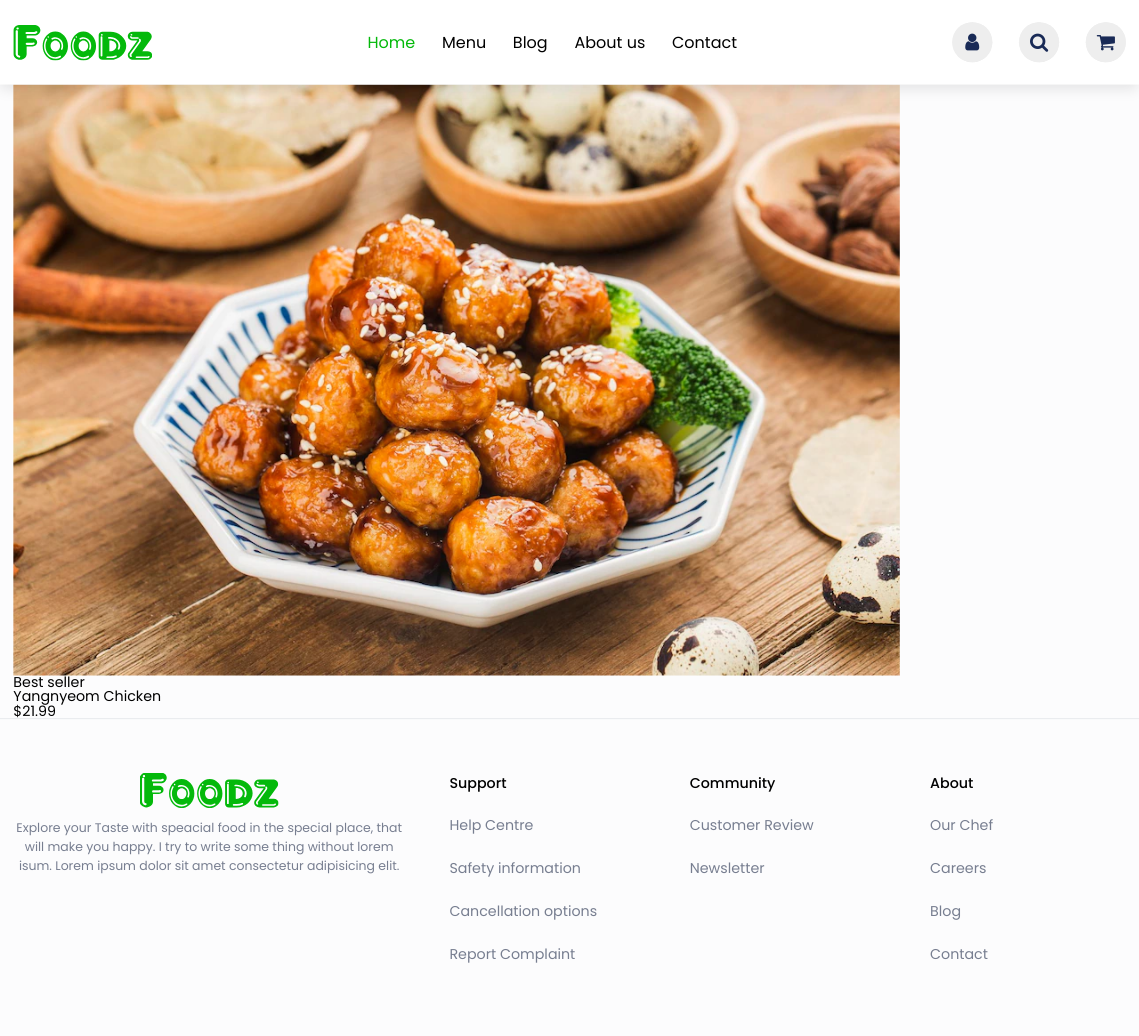
Repository: Toan3333/fooz
Page: assets/pages/product-detail.html
An editor plug-in stored every save of this project. The page is shown before and after the next save, followed by the edit.
The browser window is 1280 px wide. The pictures show the whole page, at 89% of full size.
Some web fonts or font styles are not loaded; a fallback is used.

Above is the page before, as saved 2023-06-02 10:28:23.

### assets/pages/product-detail.html
<!DOCTYPE html>
<html lang="en">
  <head>
    <meta charset="UTF-8" />
    <meta http-equiv="X-UA-Compatible" content="IE=edge" />
    <meta name="viewport" content="width=device-width, initial-scale=1.0" />
    <title>Menu</title>
    <link rel="stylesheet" href="/assets/css/style.css" />
    <link
      href="https://fonts.googleapis.com/css?family=Poppins:100,100italic,200,200italic,300,300italic,regular,italic,500,500italic,600,600italic,700,700italic,800,800italic,900,900italic"
      rel="stylesheet"
    />
    <link
      href="https://fonts.googleapis.com/css?family=Alice:regular"
      rel="stylesheet"
    />
    <link
      rel="stylesheet"
      href="https://cdnjs.cloudflare.com/ajax/libs/font-awesome/4.7.0/css/font-awesome.min.css"
    />
  </head>
  <body>
    <div class="app">
      <!-- header -->
      <header class="header">
        <div class="container">
          <div class="header-main">
            <div class="header-logo">
              <img src="/assets/images/Logo.svg" alt="" />
            </div>
            <div class="header-menu">
              <ul class="header-nav">
                <li class="header-list">
                  <a href="/index.html" class="header-link active">Home</a>
                </li>
                <li class="header-list">
                  <a href="#" class="header-link">Menu</a>
                </li>
                <li class="header-list">
                  <a href="#" class="header-link">Blog</a>
                </li>
                <li class="header-list">
                  <a href="#" class="header-link">About us</a>
                </li>
                <li class="header-list">
                  <a href="/assets/pages/contact.html" class="header-link"
                    >Contact</a
                  >
                </li>
              </ul>
            </div>
            <div class="header-auth">
              <div class="header-icon">
                <a href="#">
                  <i class="fa fa-user" aria-hidden="true"></i>
                </a>
                <a href="#">
                  <i class="fa fa-search" aria-hidden="true"></i>
                </a>
                <a href="#">
                  <i class="fa fa-shopping-cart" aria-hidden="true"></i>
                </a>
              </div>
            </div>
          </div>
        </div>
      </header>
      <!-- header end -->
      <!-- PRODUCT DETAIL -->
      <section class="product-detail">
        <div class="container">
          <div class="product-detail__main">
            <div class="product-detail__image">
              <img src="/assets/images/menu-2.webp" alt="" />
            </div>
            <div class="product-detail__content">
              <div class="product-detail__heading">Best seller</div>
              <h3 class="product-detail__title">Yangnyeom Chicken</h3>
              <div class="product-detail__price">$21.99</div>
            </div>
          </div>
        </div>
      </section>
      <footer class="footer">
        <div class="container">
          <div class="footer-list">
            <div class="footer-column">
              <div class="footer-center">
                <div class="footer-logo">
                  <img src="/assets/images/Logo.svg" alt="" />
                </div>
                <p class="footer-desc">
                  Explore your Taste with speacial food in the special place,
                  that will make you happy. I try to write some thing without
                  lorem isum. Lorem ipsum dolor sit amet consectetur adipisicing
                  elit.
                </p>
              </div>
            </div>
            <div class="footer-column">
              <h3 class="footer-title">Support</h3>
              <ul class="footer-menu">
                <li class="footer-item"><a href="#">Help Centre</a></li>
                <li class="footer-item"><a href="#">Safety information</a></li>
                <li class="footer-item">
                  <a href="#">Cancellation options</a>
                </li>
                <li class="footer-item"><a href="#">Report Complaint</a></li>
              </ul>
            </div>
            <div class="footer-column">
              <h3 class="footer-title">Community</h3>
              <ul class="footer-menu">
                <li class="footer-item"><a href="#">Customer Review</a></li>
                <li class="footer-item"><a href="#">Newsletter</a></li>
              </ul>
            </div>
            <div class="footer-column">
              <h3 class="footer-title">About</h3>
              <ul class="footer-menu">
                <li class="footer-item"><a href="#">Our Chef</a></li>
                <li class="footer-item"><a href="#">Careers</a></li>
                <li class="footer-item">
                  <a href="#">Blog</a>
                </li>
                <li class="footer-item"><a href="#">Contact</a></li>
              </ul>
            </div>
          </div>
        </div>
      </footer>
      <!-- loader -->
      <!-- <div class="loader-container">
        <img src="./assets/images/loader.gif" alt="" />
      </div> -->
      <!-- loader end -->
    </div>
  </body>
</html>

### assets/css/style.css
*,
*:before,
*:after {
  box-sizing: border-box;
  text-decoration: none;
  list-style: none;
}
:root {
  --font-primary: "Poppins", sans-serif;
  --font-secondary: "Alice", sans-serif;
  --primary-color: #04b90b;
  --black: #000000;
  --gray: #777e90;
  --black-2: #23262f;
  --bg-primary: #fcfcfd;
  --gray-2: #f4f5f6;
  --gray-3: #353945;
  --btn-color: #192a56;
}
* {
  margin: 0;
  padding: 0;
  font: inherit;
}
img,
picture,
svg,
video {
  display: block;
  max-width: 100%;
}
input,
select,
textarea {
  background-color: transparent;
  outline: none;
}
button {
  cursor: pointer;
  background-color: transparent;
  outline: none;
  border: 0;
}
body {
  min-height: 100vh;
  font-weight: 400;
  font-size: 16px;
  line-height: 1;
  font-family: var(--font-primary);
  background-color: var(--bg-primary);
  color: var(--black);
}
.container {
  max-width: 1330px;
  width: 100%;
  margin: 0 auto;
  padding: 0 15px;
}
/* HEADER */
.header {
  position: sticky;
  top: 0;
  left: 0;
  right: 0;
  z-index: 1000;
  padding: 25px 0;
  background-color: #fff;
  box-shadow: 0 5px 15px rgba(0, 0, 0, 0.1);
}
.header-main {
  display: flex;
  justify-content: space-between;
  align-items: center;
}
.header-logo {
  cursor: pointer;
}
.header-nav {
  display: flex;
  align-items: center;
  gap: 30px;
}
.header-link {
  font-size: 18px;
  line-height: 30px;
  font-weight: 400;
  color: var(--black);
}
.header-link:hover {
  color: var(--primary-color);
  transition: all 0.2s linear;
}
.header-link.active {
  color: var(--primary-color);
}
.header-icon {
  display: flex;
  align-items: center;
  gap: 30px;
  font-size: 22px;
}
.header-icon a,
.header-icon i {
  width: 45px;
  height: 45px;
  line-height: 45px;
  border-radius: 100rem;
  text-align: center;
  color: var(--btn-color);
  background-color: #eee;
  transition: 0.2s linear;
}
.header-icon a:hover,
.header-icon i:hover {
  color: #fff;
  background-color: var(--primary-color);
  transform: rotate(180deg);
}

/* HEADER END */

/* HERO */
.hero {
  padding: 60px 0;
}
.hero-main {
  display: flex;
  justify-content: space-between;
  gap: 40px;
}
.hero-content {
  max-width: 677px;
  width: 100%;
}
.hero-title {
  font-size: 65px;
  font-weight: 400;
  font-family: var(--font-secondary);
  line-height: 70px;
  letter-spacing: -0.5%;
  margin-bottom: 30px;
}
.hero-desc {
  font-size: 24px;
  font-weight: 400;
  line-height: 36px;
  color: var(--gray);
  margin-bottom: 25px;
}
.hero-cta {
  margin-bottom: 105px;
}
.hero-btn {
  display: flex;
  align-items: center;
  gap: 24px;
}
.hero-btn span {
  font-size: 16px;
  line-height: 24px;
  font-weight: 400;
  color: var(--primary-color);
}
.button-primary {
  background-color: var(--btn-color);
  border-radius: 8px;
  padding: 10px 20px;
  font-size: 16px;
  line-height: 24px;
  font-weight: 500;
  color: var(--bg-primary);
  transition: all 0.2s linear;
}
.button-primary:hover {
  background-color: var(--primary-color);
  letter-spacing: 1px;
}
.hero-info {
  max-width: 576px;
  width: 100%;
  background-color: var(--gray-2);
  border-radius: 16px;
  padding: 28px 56px 28px 56px;
}
.hero-list {
  display: flex;
  align-items: center;
  justify-content: space-between;
}
.hero-item {
  text-align: center;
}
.hero-number {
  font-size: 32px;
  line-height: 48px;
  font-weight: 600;
  color: var(--gray);
}
.hero-text {
  font-size: 20px;
  line-height: 30px;
  color: var(--gray);
  font-weight: 400;
}
.hero-image {
  width: 100%;
}
.hero-image img {
  width: 100%;
}
/* HERO END*/

/* SERVICE */
.service {
  padding: 80px 0;
}
.text-center__primary {
  max-width: 440px;
  margin: 0 auto;
  text-align: center;
  font-size: 48px;
  font-weight: 400;
  line-height: 55px;
  font-family: var(--font-secondary);
  text-transform: capitalize;
}
.text-primary {
  color: var(--primary-color);
}
.service-list {
  margin-top: 80px;
  display: grid;
  grid-template-columns: repeat(3, 1fr);
  grid-gap: 70px;
}
.service-item {
  display: flex;
  align-items: center;
  justify-content: center;
  flex-direction: column;
  padding: 40px 36px;
  text-align: center;
  cursor: pointer;
}
.service-item:hover {
  background: #ffffff;
  box-shadow: 0px 10px 27px rgba(53, 53, 53, 0.05);
  transition: 0.2s linear;
}
.service-icon {
  margin-bottom: 24px;
}
.service-icon a {
  width: 120px;
  height: 120px;
  border-radius: 100rem;
  background: #ffffff;
  box-shadow: 5px 9px 16px rgba(0, 0, 0, 0.04);
  display: inline-flex;
  align-items: center;
  justify-content: center;
}
.service-title {
  font-size: 28px;
  line-height: 42px;
  font-weight: 400;
  color: var(--black-2);
  margin-bottom: 6px;
}
.service-desc {
  font-size: 16px;
  line-height: 24px;
  font-weight: 400;
  color: var(--gray-3);
}
/* SERVICE END*/

/* ABOUT */
.about {
  padding: 80px 0;
}
.about-heading {
  text-align: center;
}
.about-main {
  display: flex;
  justify-content: space-between;
  align-items: center;
  gap: 130px;
  margin-top: 80px;
}
.about-center {
  max-width: 475px;
}
.about-image {
  max-width: 500px;
  width: 100%;
}
.about-image img {
  width: 100%;
}
.about-content {
  width: 100%;
}
.about-info {
  display: flex;
  align-items: center;
  gap: 94px;
  font-family: var(--font-secondary);
  margin-bottom: 12px;
}
.about-name {
  font-size: 24px;
  color: var(--primary-color);
  font-weight: 400;
  line-height: 28px;
}
.about-view {
  display: flex;
  align-items: center;
  gap: 12px;
  font-size: 14px;
  font-weight: 500;
  line-height: 20px;
  color: var(--primary-color);
}
.about-desc {
  font-size: 18px;
  line-height: 27px;
  font-weight: 400;
  color: var(--gray-3);
}
/* ABOUT END*/

/* SPECIAL */
.special {
  padding: 80px 0;
}
.special-center {
  max-width: 770px;
  margin: 0 auto;
  width: 100%;
}
.text-bottom {
  margin-top: 12px;
  font-size: 24px;
  line-height: 36px;
  color: var(--gray-3);
  font-weight: 400;
  font-family: var(--font-primary);
}
.special-list {
  margin-top: 80px;
  display: grid;
  grid-template-columns: repeat(3, 1fr);
  grid-gap: 30px;
}
.special-item {
  background-color: #ffffff;
  box-shadow: 0px 10px 27px rgba(53, 53, 53, 0.05);
  border-radius: 15px;
  padding: 24px 28px;
}
.special-image {
  position: relative;
  width: 100%;
  margin-bottom: 24px;
  cursor: pointer;
  text-align: center;
  overflow: hidden;
}
.special-image .fa-heart,
.special-image .fa-eye {
  position: absolute;
  top: 15px;
  height: 50px;
  width: 50px;
  line-height: 50px;
  background-color: #eee;
  font-size: 20px;
  border-radius: 50%;
  transition: all 0.2s linear;
}
.special-image .fa-heart:hover,
.special-image .fa-eye:hover {
  background-color: var(--primary-color);
  color: #fff;
}
.special-image .fa-heart {
  right: -150px;
}
.special-image .fa-eye {
  left: -150px;
}
.special-image:hover .fa-heart {
  right: 15px;
}
.special-image:hover .fa-eye {
  left: 15px;
}

.special-image img {
  width: 100%;
}
.special-title {
  font-size: 32px;
  line-height: 37px;
  font-weight: 400;
  color: var(--black-2);
  margin-bottom: 12px;
  font-family: var(--font-secondary);
  cursor: pointer;
}
.special-title:hover {
  color: var(--primary-color);
  transition: 0.2s linear;
}
.special-rating {
  display: flex;
  align-items: center;
  gap: 12px;
  margin-bottom: 12px;
}
.special-icon i {
  color: var(--primary-color);
}
.special-views {
  font-size: 16px;
  line-height: 24px;
  font-weight: 400;
  color: var(--gray-3);
}
.special-bottom {
  display: flex;
  align-items: center;
  justify-content: space-between;
}
.special-price {
  font-size: 40px;
  line-height: 40px;
  font-weight: 400;
  color: var(--primary-color);
  font-family: var(--font-secondary);
  text-transform: capitalize;
}
.special-arrows {
  margin-top: 48px;
  display: inline-block;
  position: relative;
  left: 50%;
  transform: translateX(-50%);
  cursor: pointer;
}
.special-main {
  display: flex;
  align-items: center;
  gap: 8px;
}
.special-btn-arrow i {
  width: 40px;
  height: 40px;
  border-radius: 100rem;
  display: inline-flex;
  border: 2px solid #e6e8ec;
  border-radius: 40px;
  align-items: center;
  justify-content: center;
  transition: 0.2s ease-in-out;
}
.special-btn-arrow i:hover {
  color: white;
  background-color: var(--primary-color);
}
/* SPECIAL END*/
/* form */
.form-main {
  margin-top: 80px;
  display: flex;
  justify-content: space-between;
  align-items: center;
  gap: 105px;
}
.form-content {
  max-width: 544px;
  width: 100%;
}
.form-title {
  font-size: 24px;
  font-weight: 400;
  line-height: 36px;
  color: var(--black-2);
  margin-bottom: 4px;
}
.form-text {
  font-size: 16px;
  line-height: 24px;
  font-weight: 400;
  margin-bottom: 24px;
}
.form-list {
  display: flex;
  align-items: center;
  justify-content: space-between;
  margin-bottom: 8px;
  font-size: 16px;
  line-height: 24px;
  font-weight: 400;
}
.form-list span {
  color: var(--primary-color);
}
.form-meal__select {
  width: 100%;
}
.form-meal__select select {
  width: 100%;
  padding: 10px 20px 10px 20px;
  border-radius: 12px;
  color: var(--gray);
}
.form-meal__add {
  color: var(--primary-color);
  display: flex;
  align-items: center;
  gap: 4px;
  font-size: 14px;
  line-height: 21px;
  margin-top: 8px;
}
.form-container {
  display: flex;
  justify-content: space-between;
  align-items: center;
}
.form-field {
  font-size: 16px;
  font-weight: 400;
  line-height: 24px;
  margin-top: 16px;
}
.form-field__title {
  font-size: 16px;
  line-height: 24px;
  font-weight: 400;
  color: var(--gray-3);
}
.form-item {
  max-width: 256px;
  width: 100%;
  position: relative;
}
.form-item.form-items {
  max-width: 544px;
  width: 100%;
}
.form-input__cash {
  width: 100%;
}
.form-item__icon {
  position: absolute;
  top: 23px;
  right: 20px;
}
.form-field input {
  width: 100%;
  padding: 10px 20px 10px 20px;
  border-radius: 12px;
  border: 1px solid var(--gray);
  margin-top: 8px;
}
.form-field input::placeholder {
  font-size: 16px;
  font-weight: 400;
  color: var(--gray);
}
.form-field.form-item {
  max-width: 256px;
  width: 100%;
}
.form-field textarea {
  width: 100%;
  padding: 10px 20px;
  border: 1px solid var(--gray);
  border-radius: 12px;
  color: var(--gray);
  font-weight: 400;
}
.form-price {
  font-size: 16px;
  line-height: 24px;
  font-weight: 400;
  color: var(--gray);
  display: flex;
  align-items: center;
  gap: 6px;
  margin-bottom: 32px;
}
.form-price span {
  font-size: 24px;
  line-height: 27px;
  font-family: var(--font-secondary);
  font-weight: 400;
  color: var(--primary-color);
}
.form-image {
  width: 100%;
}
.form-image img {
  width: 100%;
}
.loader-container {
  position: fixed;
  top: 0;
  left: 0;
  z-index: 10000;
  display: flex;
  justify-content: center;
  align-items: center;
  height: 100%;
  width: 100%;
  background-color: #fff;
}
.loader-container.fade-out {
  top: -120%;
}
.blog {
  padding: 80px 0px;
}
.blog-list {
  margin-top: 80px;
  display: grid;
  grid-template-columns: repeat(3, 1fr);
  grid-gap: 30px;
}
.blog-image {
  transition: 0.2s linear;
  width: 100%;
  overflow: hidden;
  cursor: pointer;
}

.blog-image img {
  width: 100%;
  transition: all 0.3s ease-in-out;
}
.blog-image:hover img {
  transform: scale(1.1);
}
.blog-content {
  padding: 15px 20px;
  border: 1px solid #e5e5e5;
  background-color: #ffffff;
}
.blog-title {
  font-size: 20px;
  line-height: 32px;
  margin-bottom: 8px;
  cursor: pointer;
  transition: 0.2s linear;
}
.blog-title:hover {
  color: var(--primary-color);
}
.blog-desc {
  font-size: 16px;
  line-height: 24px;
  font-weight: 400;
  color: var(--gray);
  margin-bottom: 12px;
}
.menu {
  padding: 80px 0;
}
.menu-center {
  margin-bottom: 32px;
}
.tab {
  max-width: 672px;
  width: 100%;
  margin: 0 auto;
  background-color: white;
  padding: 8px;
  box-shadow: 0px 3px 9px rgba(1, 5, 20, 0.05);
  border-radius: 8px;
  display: grid;
  grid-template-columns: repeat(3, 1fr);
  grid-gap: 36px;
}
.tab-item {
  display: flex;
  align-items: center;
  padding: 12px;
  cursor: pointer;
  transition: all 0.2s linear;
  gap: 8px;
}
.tab-item img {
  width: 33px;
  height: 33px;
}
.tab-item.active {
  background-color: var(--primary-color);
  color: white;
  border-radius: 8px;
}
.tab-item:hover {
  background-color: var(--primary-color);
  border-radius: 8px;
  color: white;
}
/* CONTACT */
.contact {
  padding: 80px 0;
}
.contact-main {
  display: flex;
  justify-content: space-between;
  align-items: center;
  gap: 135px;
}
.contact-content {
  max-width: 524px;
  width: 100%;
}
.contact-title {
  font-size: 48px;
  font-weight: 400;
  line-height: 55px;
  text-transform: capitalize;
  color: var(--black-2);
  font-family: var(--font-secondary);
  margin-bottom: 12px;
}
.contact-text {
  font-size: 22px;
  font-weight: 400;
  line-height: 32px;
  color: var(--gray);
}
.contact-text span {
  color: var(--primary-color);
}
.contact-btn {
  margin-top: 20px;
  width: 100%;
}
.contact-button {
  width: 100%;
}
.contact-map {
  width: 100%;
}
/* OUR BLOG */
.our-blog {
  padding: 80px 0;
}
.our-blog__heading {
  font-size: 24px;
  line-height: 36px;
  color: var(--black-2);
  font-weight: 500;
  text-transform: capitalize;
}
.our-blog__main {
  display: flex;
  justify-content: space-between;
  gap: 17px;
  margin-top: 32px;
}
.our-blog__post {
  max-width: 636px;
  width: 100%;
}
.our-blog__image {
  width: 100%;
}
.our-blog__image img {
  width: 100%;
  height: 100%;
}
.our-blog__content {
  margin-top: 20px;
}
.our-blog__date {
  font-weight: 500;
  font-size: 12px;
  line-height: 18px;
  color: var(--gray);
  margin-bottom: 12px;
}
.our-blog__title {
  font-weight: 500;
  font-size: 24px;
  line-height: 36px;
  color: var(--gray-3);
  margin-bottom: 12px;
}
.our-blog__text {
  font-weight: 400;
  font-size: 14px;
  line-height: 21px;
  color: var(--gray-3);
  margin-bottom: 32px;
}
.our-blog__tag {
  display: flex;
  align-items: center;
  gap: 16px;
}
.our-blog__item {
  background: #d3f9d5;
  border-radius: 4px;
  padding: 4px 12px;
  color: var(--primary-color);
  font-weight: 400;
  font-size: 12px;
  line-height: 12px;
}
.our-blog__item:nth-child(2) {
  background: #fcf1f1;
  color: #ea8484;
}
.our-blog__item:nth-child(3) {
  background: #f1f7fc;
  color: #106aab;
}
.our-blog__post-2 {
  width: 100%;
  display: flex;
  flex-direction: column;
  gap: 17px;
}
.our-blog__items {
  display: flex;
  gap: 17px;
}
.our-blog__list__image {
  max-width: 313px;
  width: 100%;
}
.our-blog__list__content {
  width: 100%;
  margin-top: 0;
}
.our-blog__images {
  height: 243px;
}
/* ALL BLOG */
.all-blog {
  padding: 80px 0;
}
.all-blog__list {
  display: flex;
  justify-content: space-between;
  gap: 175px;
}
.all-blog__left {
  max-width: 637px;
  width: 100%;
  display: flex;
  flex-direction: column;
  gap: 40px;
}
.all-blog__right {
  width: 100%;
}
.our-blog__title-2 {
  font-size: 20px;
  line-height: 30px;
}
.our-blog__title-3 {
  font-weight: 500;
  font-size: 16px;
  line-height: 24px;
  margin-bottom: 8px;
}
.all-blog__box {
  border: 1px solid #e6e8ec;
  border-radius: 8px;
  padding: 16px;
  display: flex;
  flex-direction: column;
  gap: 24px;
}
/* FOOTER */
.footer {
  padding-bottom: 80px;
  border-top: 1px solid #e6e8ec;
  padding-top: 60px;
}
.footer-list {
  display: grid;
  grid-template-columns: 2fr 1fr 1fr 1fr;
  grid-gap: 50px;
}
.footer-center {
  display: flex;
  align-items: center;
  flex-direction: column;
  text-align: center;
}
.footer-logo {
  margin-bottom: 12px;
}
.footer-desc {
  font-size: 14px;
  line-height: 21px;
  color: var(--gray);
  font-weight: 400;
}
.footer-title {
  font-size: 16px;
  line-height: 24px;
  font-weight: 500;
  color: var(--black);
  margin-bottom: 24px;
}
.footer-menu {
  display: flex;
  gap: 24px;
  flex-direction: column;
}
.footer-item a {
  font-size: 16px;
  font-weight: 400;
  line-height: 24px;
  color: var(--gray);
  transition: 0.2s linear;
}
.footer-item a:hover {
  color: var(--primary-color);
}

After the next save:
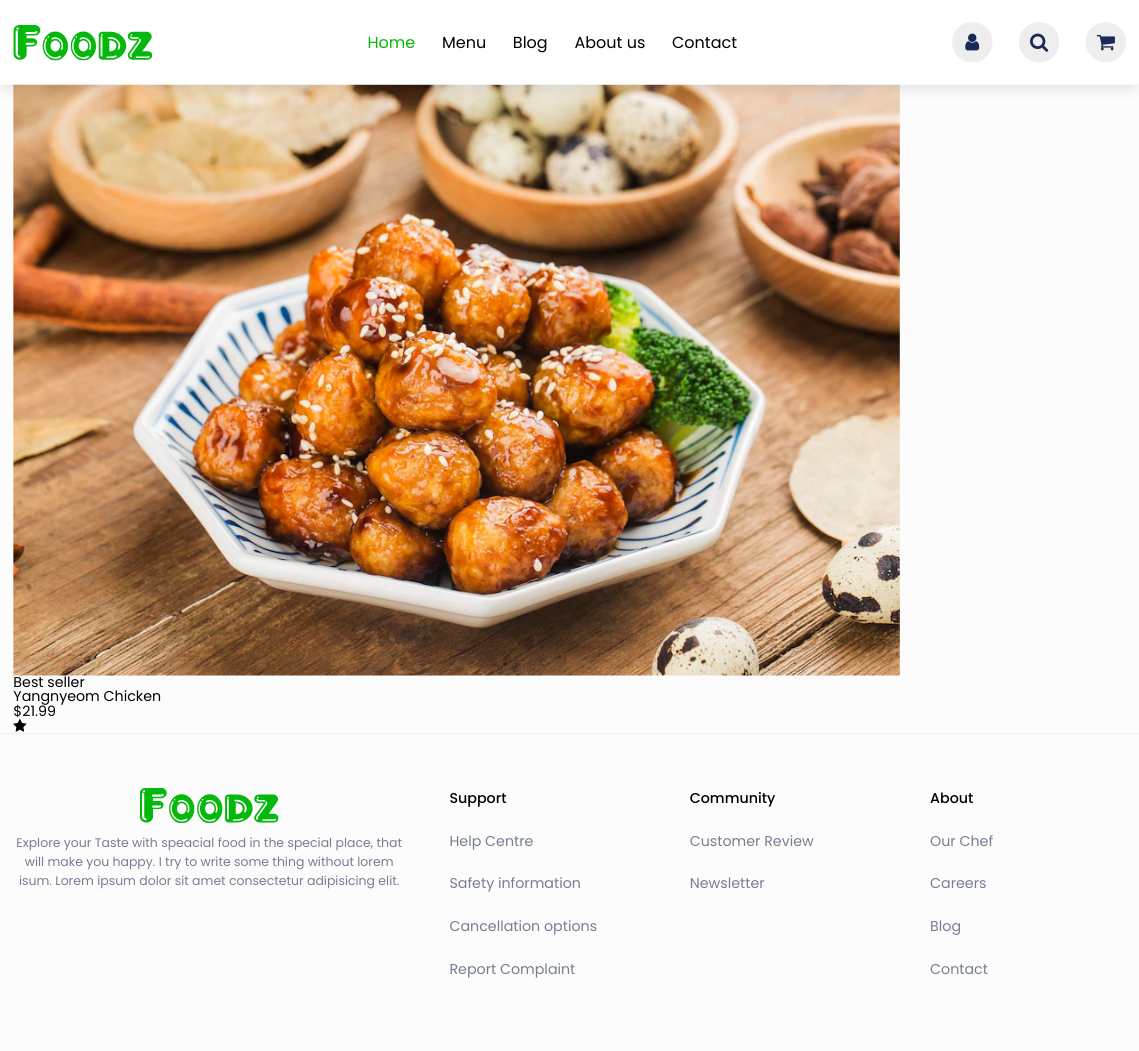
Saved 98 s later.
--- a/assets/pages/product-detail.html
+++ b/assets/pages/product-detail.html
@@ -77,6 +77,13 @@
               <div class="product-detail__heading">Best seller</div>
               <h3 class="product-detail__title">Yangnyeom Chicken</h3>
               <div class="product-detail__price">$21.99</div>
+              <div class="product-detail__review">
+                <div class="product-detail__list">
+                  <div class="product-detail__rating">
+                    <i class="fa fa-star" aria-hidden="true"></i>
+                  </div>
+                </div>
+              </div>
             </div>
           </div>
         </div>
